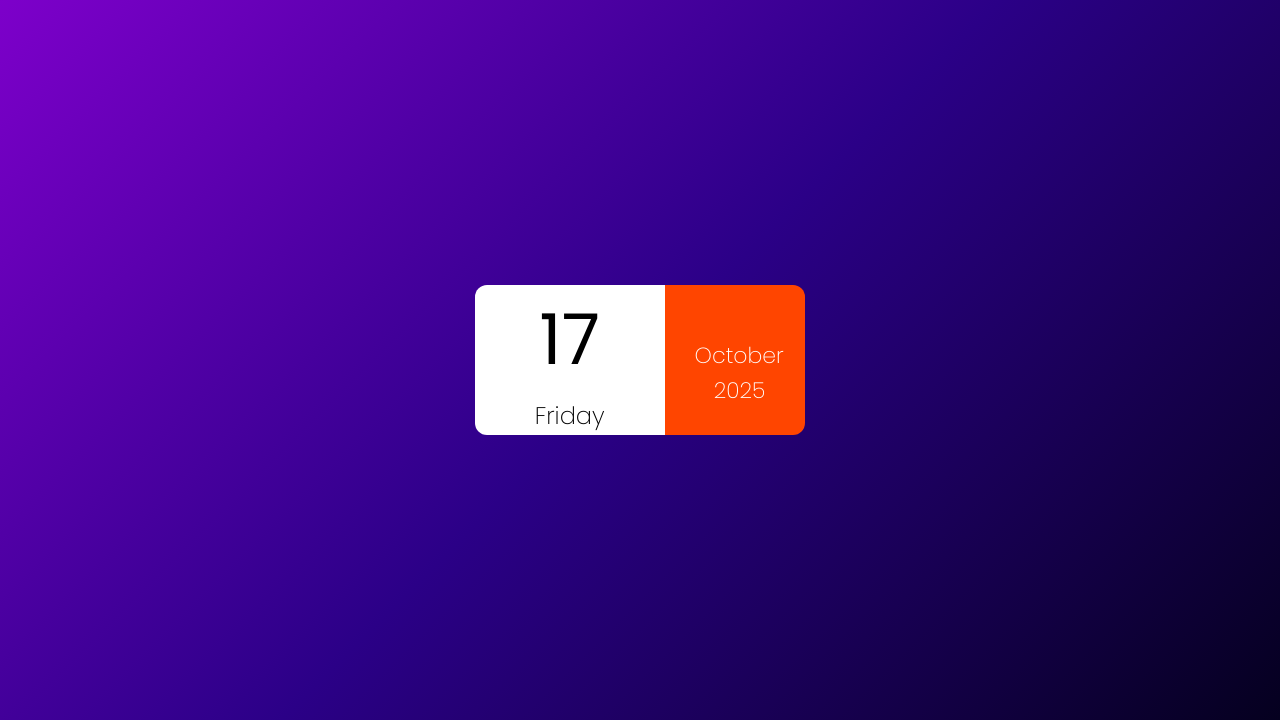
Repository: Ankitkr2021/Calendar
Page: index.html
The author's editor kept a copy of each file at every save. The page is drawn from the files as they stood at one save, then again after the next save.
The browser window is 1280 px wide. The pictures show the whole page.

Above is the page before, as saved 2025-10-17 19:35:04.

### index.html
<!DOCTYPE html>
<html lang="en">
<head>
    <meta charset="UTF-8">
    <meta name="viewport" content="width=device-width, initial-scale=1.0">
    <title>Document</title>
    <link rel="stylesheet" href="./style.css">
</head>
<body>
    <div class="box">
        <div class="date">
            <h1>
            <div class="din"> 17</div>
            <div class="day"> Friday</div>
            </h1>
        </div>
        <div class="month">
            <div class="mon">October</div>
            <div class="year">2025</div>
        </div>
    </div>
</body>
</html>

### style.css
@import url('https://fonts.googleapis.com/css2?family=Poppins:wght@100;200;300;400;500;600;700;800;900&display=swap');

*{
    margin: 0;
    padding: 0;
    box-sizing: border-box;
    font-family: "Poppins",sans-serif;
}

.box {
    display: flex;
    align-items: center;
    justify-content: center;
    height: 100vh;
    background: linear-gradient(135deg, #7d00ca, #2b0087 50%, #05001f 100%);
    color: #fff;
}

.date {
    background: #fff;
    color: #000;
    height: 150px;
    width: 190px;
    display: flex;
    align-items: center;
    justify-content: center;
    border-top-left-radius: 12px;
    border-bottom-left-radius: 12px;
}

.din {
    text-align: center;
    font-size: 70px;
    font-weight: 400;
    margin-bottom: 5px;
}

.day{
    font-size: 24px;
    font-weight: 200;

}

.mon {
    /* display: flex;
    align-items: center;
    justify-content: center; */
    position: relative;
    left: 30px;
    top: 5px;
    font-size: 22px;
    font-weight: 200;
    margin-bottom: 20px;
}

.year {
    /* background: #fff; */
    position: relative;
    right: 40px;
    top: 30px;
     font-size: 22px;
    font-weight: 200;
}

.month{
    background: orangered;
    height: 150px;
    display: flex;
    align-items: center;
    justify-content: center;
    border-top-right-radius: 12px;
    border-bottom-right-radius: 12px;

}

After the next save:
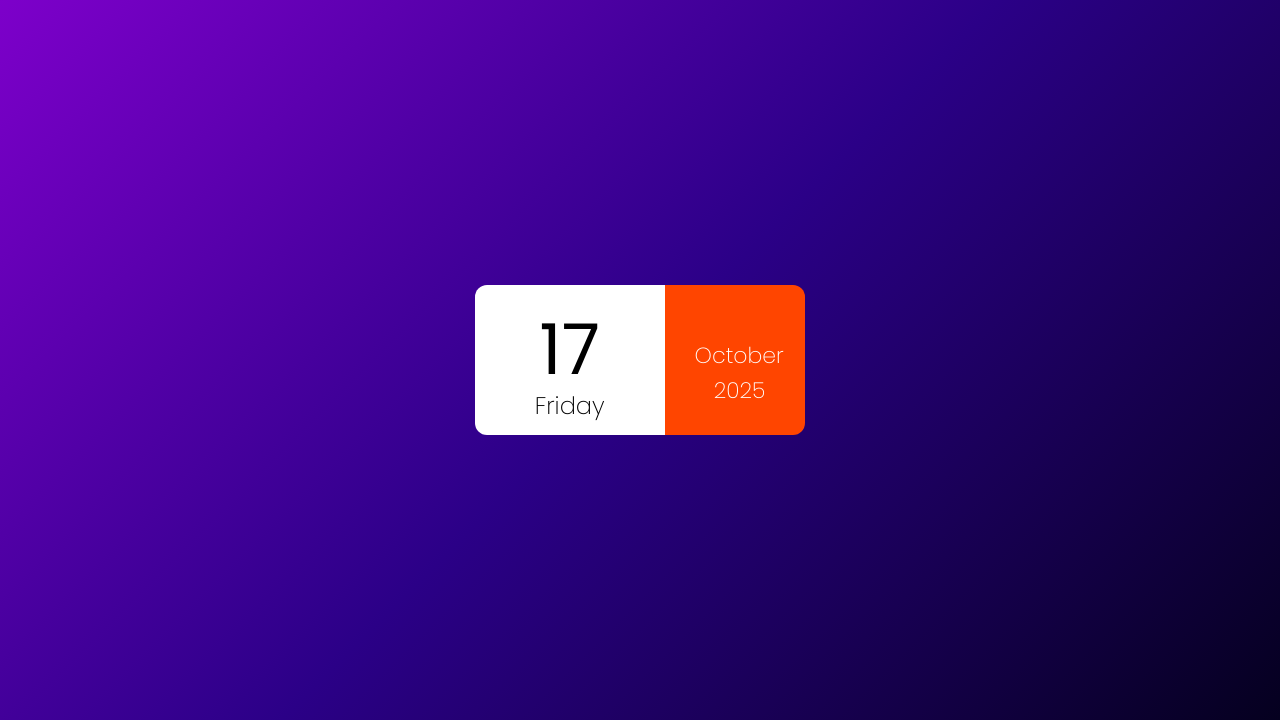
Saved 4 s later.
--- a/style.css
+++ b/style.css
@@ -32,7 +32,7 @@
     text-align: center;
     font-size: 70px;
     font-weight: 400;
-    margin-bottom: 5px;
+    margin-bottom: -15px;
 }
 
 .day{
